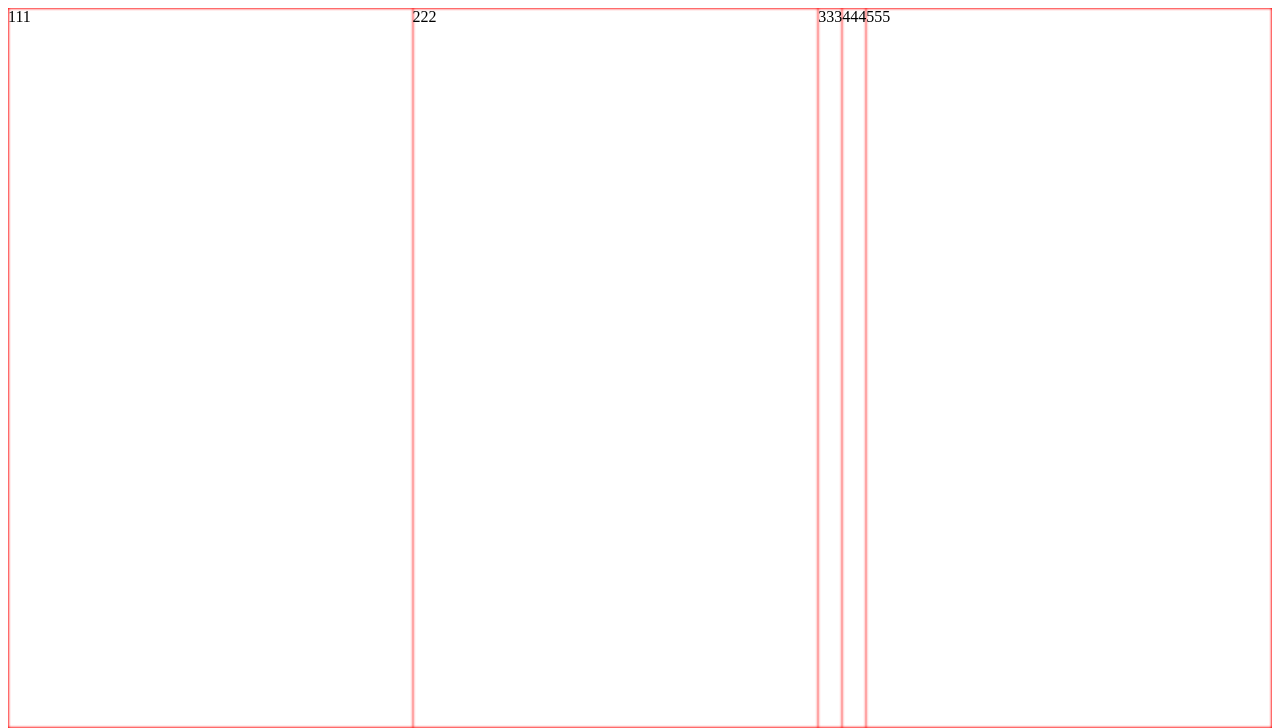
Repository: Joamg/Joamg.github.io
Page: miao/oald-layout-flex.html
These files come from the project's save history. The page is drawn as it stood at one moment and after the next save; the edit follows.
The browser window is 1280 px wide. The pictures show the whole page.

Above is the page before, as saved 2021-05-27 20:16:22.

### miao/oald-layout-flex.html
<!DOCTYPE html>
<html lang="en">
<head>
  <meta charset="UTF-8">
  <meta http-equiv="X-UA-Compatible" content="IE=edge">
  <meta name="viewport" content="width=device-width, initial-scale=1.0">
  <title>Document</title>

  <style>
  * {
    height: 100%;
  }
  body {
    box-shadow: inset  0 0 3px red;
  }
  section {
    xheight: 100%;
    display: flex;
    xwidth: 100px;
    xflex-wrap: wrap;
  }
  div {
    display: flex;
    box-shadow: inset  0 0 3px red;
  }
  [a], [b], [e] {
    flex-grow: 2;
  }
  </style>
</head>
<body>
  <section>
    <div a>111</div>
    <div b>222</div>
    <div c>333</div>
    <div d>444</div>
    <div e>555</div>
  </section>

</body>
</html>

After the next save:
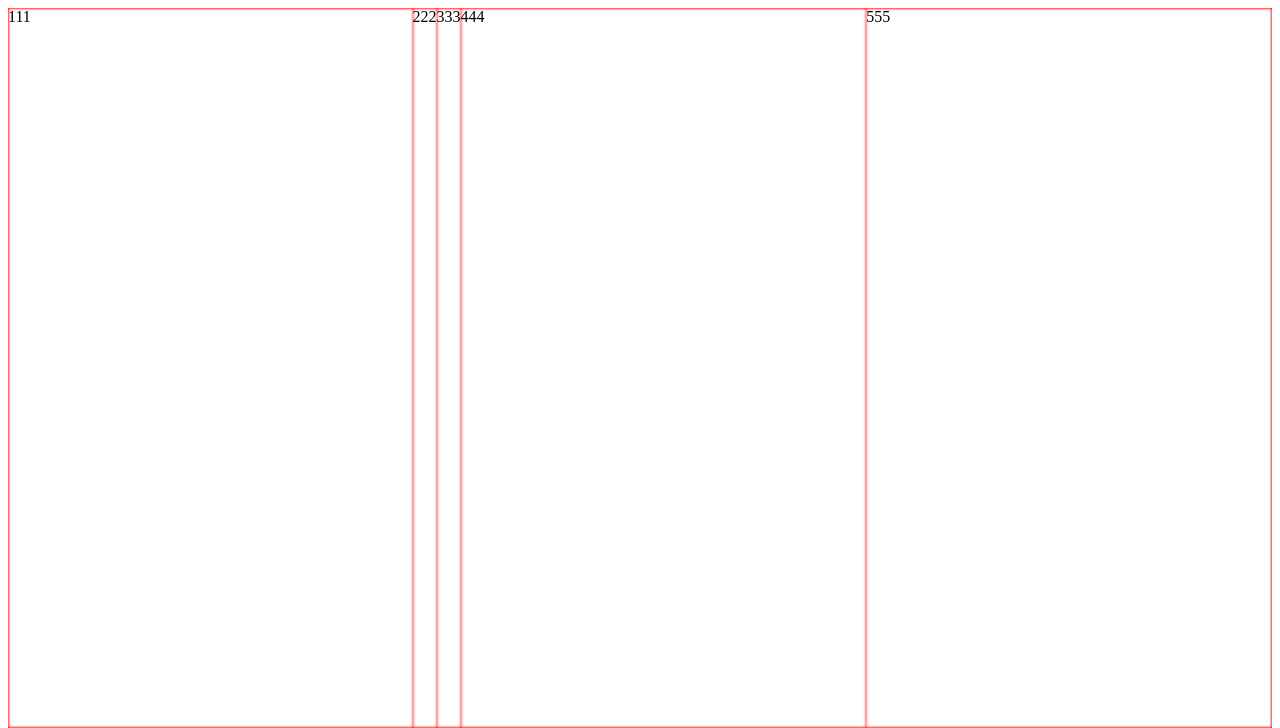
Saved 13 s later.
--- a/miao/oald-layout-flex.html
+++ b/miao/oald-layout-flex.html
@@ -23,7 +23,7 @@
     display: flex;
     box-shadow: inset  0 0 3px red;
   }
-  [a], [b], [e] {
+  [a], [d], [e] {
     flex-grow: 2;
   }
   </style>
